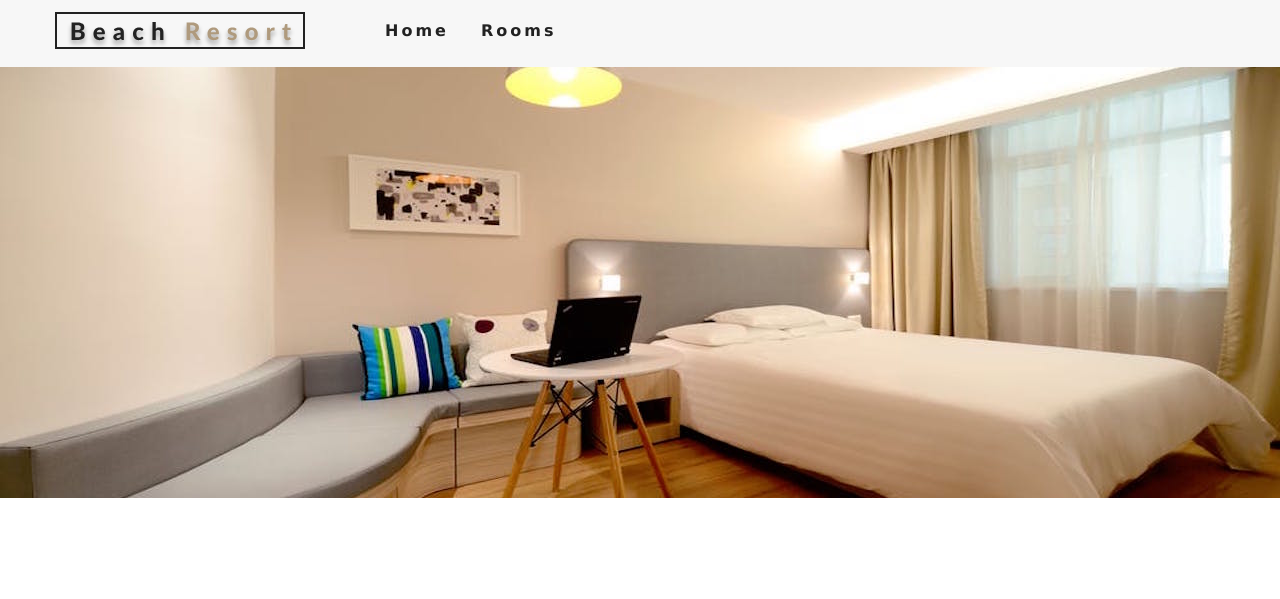
Repository: thanhn379/react-beach-resort
Page: /rooms
These files come from the project's save history. The page is drawn as it stood at one moment and after the next save; the edit follows.
The browser window is 1280 px wide. The pictures show the whole page.
The project was rebuilt for these pictures with package versions that can differ from the ones it lists, and the page was loaded fresh each time. Also part of the build but not shown: src/components/Title.js, src/components/Services.js, src/components/Loading.js, src/components/Room.js, src/components/FeaturedRooms.js, src/pages/Home.js, src/components/StyledHero.js, src/pages/SingleRoom.js and 1 more.

Above is the page before, as saved 2019-11-17 07:59:16.

After the next save:
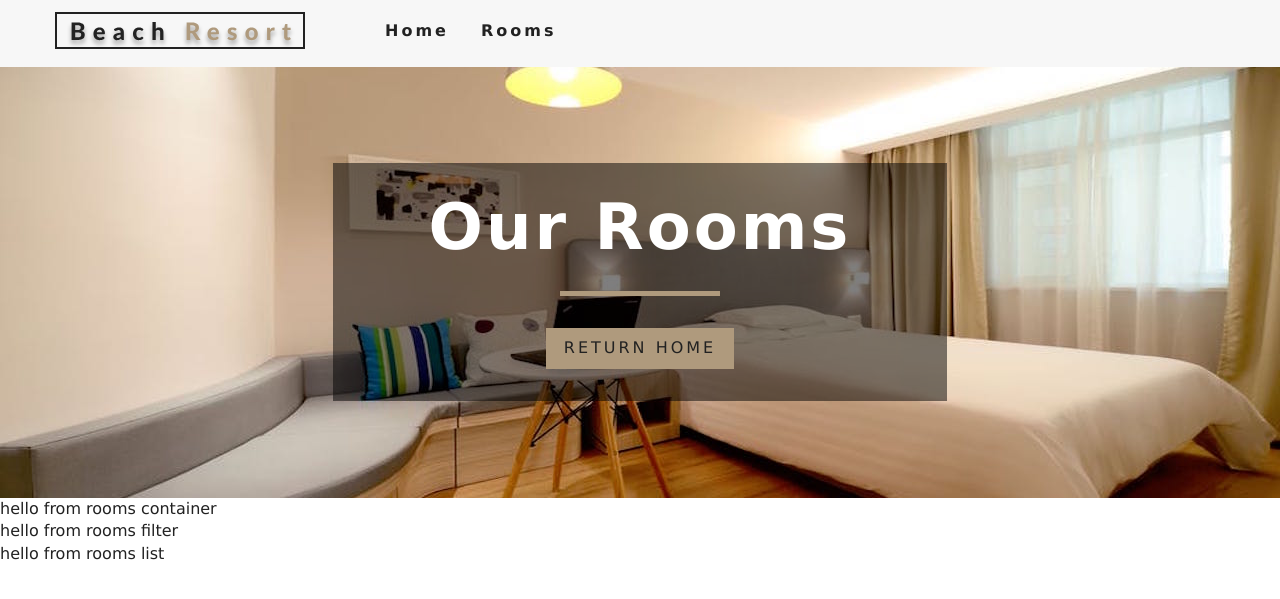
Saved 2 min 14 s later.
--- a/src/pages/Rooms.js
+++ b/src/pages/Rooms.js
@@ -1,7 +1,23 @@
 import React from "react";
 import Hero from "../components/Hero";
+import Banner from "../components/Banner";
+import { Link } from "react-router-dom";
+import RoomsContainer from "../components/RoomsContainer";
+
 const Rooms = () => {
-  return <Hero hero="roomsHero" />;
+  return (
+    <>
+      <Hero hero="roomsHero">
+        <Banner title="our rooms">
+          <Link to="/" className="btn-primary">
+            return home
+          </Link>
+        </Banner>
+      </Hero>
+
+      <RoomsContainer />
+    </>
+  );
 };
 
 export default Rooms;
